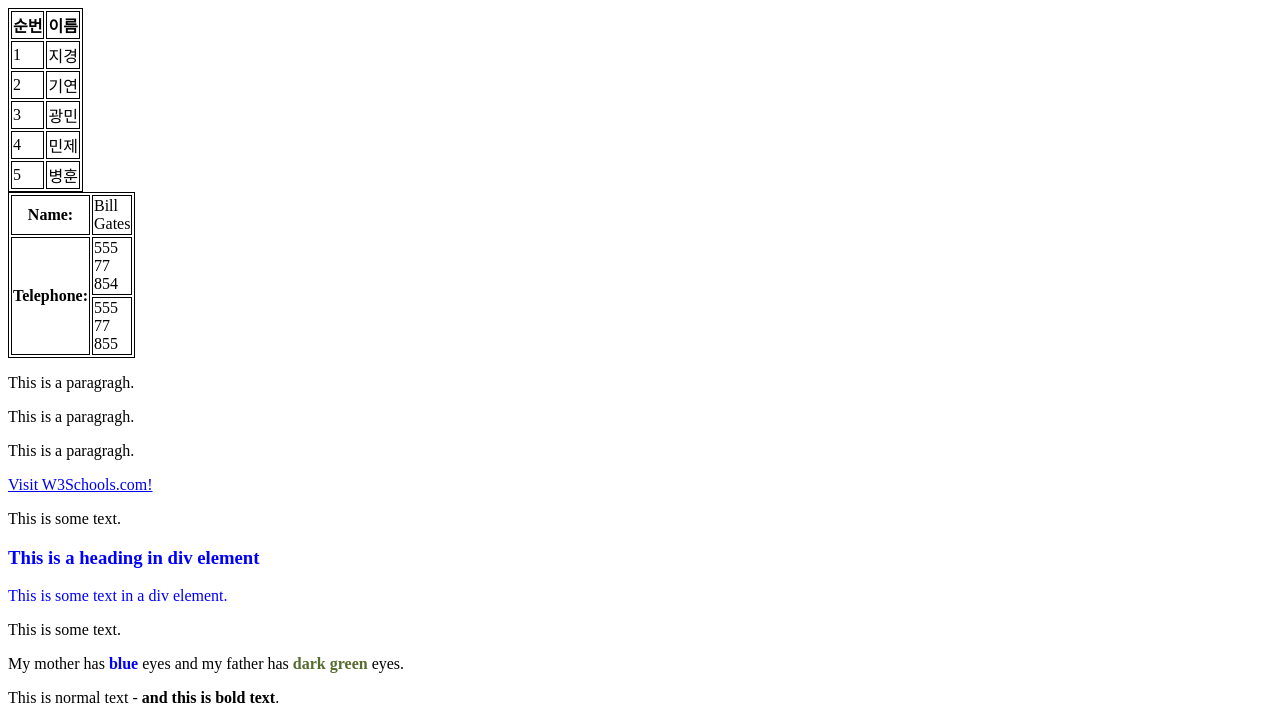
Repository: BaekJiGyeong/JSP
Page: http://localhost/AA_HelloJSP/exercise.jsp
The author's editor kept a copy of each file at every save. The page is drawn from the files as they stood at one save, then again after the next save.
The browser window is 1280 px wide. The pictures show the whole page.
The page is served by Tomcat 9.

Above is the page before, as saved 2016-02-02 08:10:08.

After the next save:
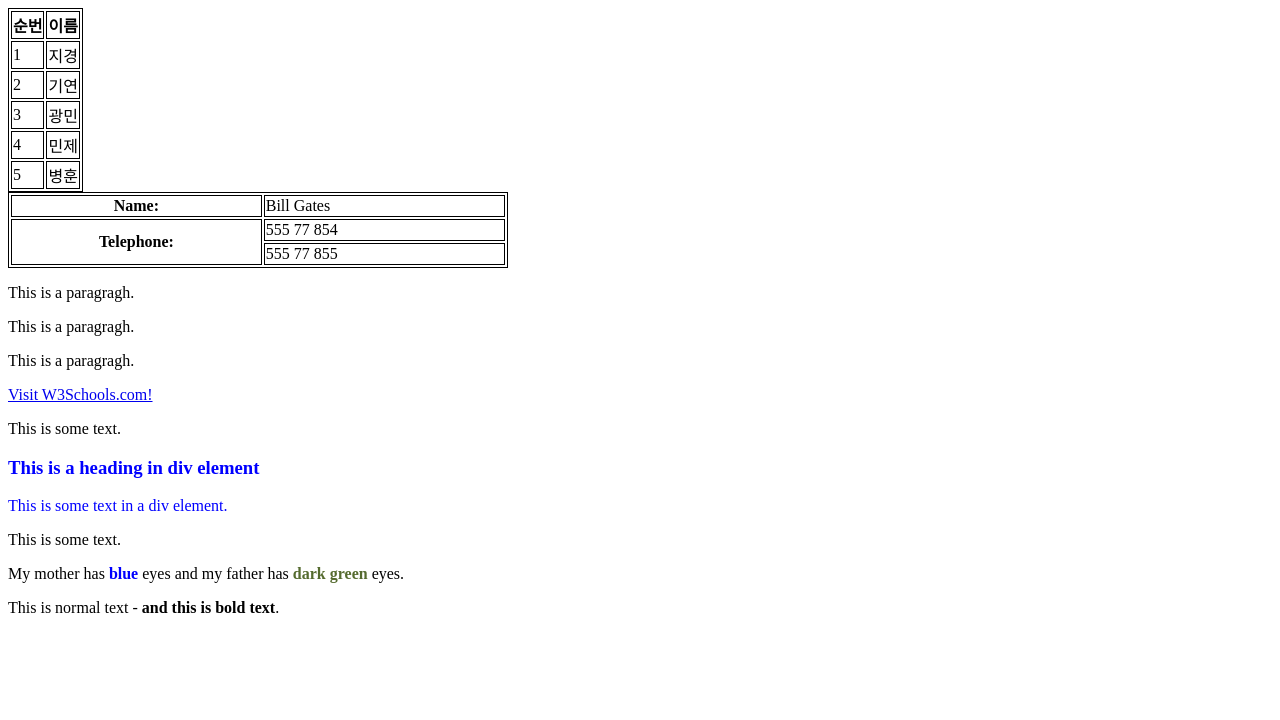
Saved 10 s later.
--- a/AA_HelloJSP/WebContent/exercise.jsp
+++ b/AA_HelloJSP/WebContent/exercise.jsp
@@ -32,7 +32,7 @@ table, th, td {
 
 </table>
 
-<table style="width:100px">
+<table style="width:500px">
   <tr>
     <th>Name:</th>
     <td>Bill Gates</td>
